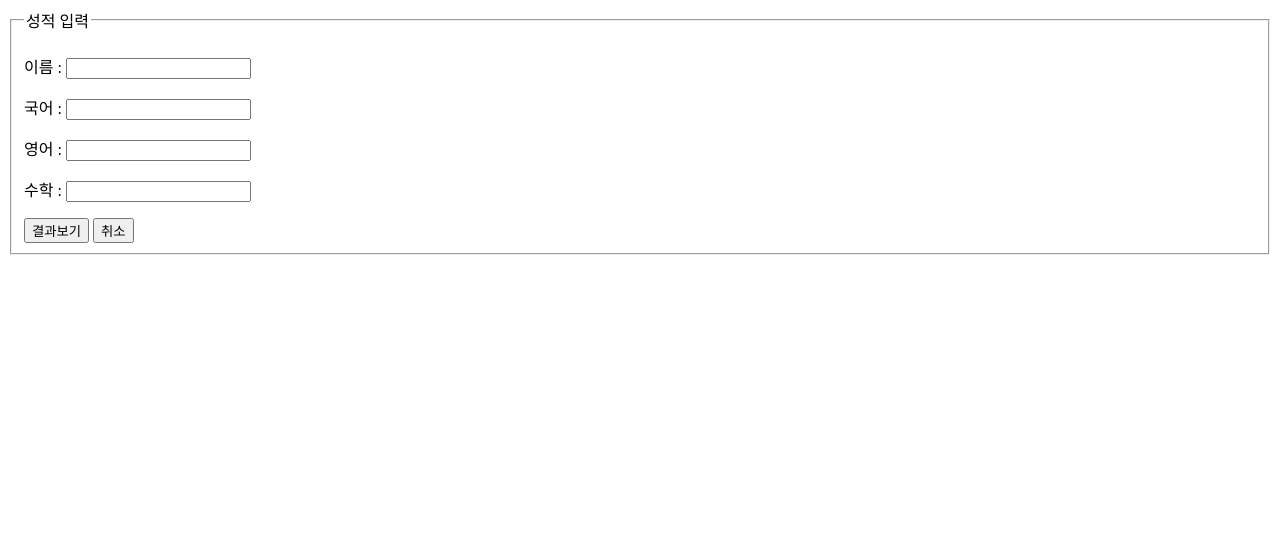
Repository: Kebiskim/2023_jspStudy
Page: 01_servlet/src/main/webapp/view/Ex08.html
The author's editor kept a copy of each file at every save. The page is drawn from the files as they stood at one save, then again after the next save.
The browser window is 1280 px wide. The pictures show the whole page.

Above is the page before, as saved 2023-07-03 00:53:17.

### 01_servlet/src/main/webapp/view/Ex08.html
<!DOCTYPE html>
<html>
<head>
<meta charset="UTF-8">
<title>Grade</title>
<style type="text/css">

</style>
<script type="text/javascript">
	function submit_scores(f) {
		var name = f.name.value;
		var kor = f.kor.value;
		var eng = f.eng.value;
		var math = f.math.value;
		if (name == ''){
			alert("이름을 입력하세요.");
			f.name.focus;
			return;
		}
		if (kor == ''){
			alert("국어 성적을 입력하세요.");
			f.kor.focus;
			return;
		}
		if (eng == ''){
			alert("영어 성적을 입력하세요.");
			f.eng.focus;
			return;
		}
		if (math == ''){
			alert("수학 성적을 입력하세요.");
			f.math.focus;
			return;
		}
		f.action = "/01_servlet/Ex08_1";
		f.submit();
	}
</script>
</head>
<body>
<form method="post" onsubmit="submit_scores(this.form)">
        <fieldset>
            <legend> 성적 입력 </legend>
            <p>이름 : <input type="text" name="name"></p>
            <p>국어 : <input type="number" name="kor"></p>
            <p>영어 : <input type="number" name="eng"></p>
            <p>수학 : <input type="number" name="math"></p>
            <input type="button" value="결과보기" onclick="submit_scores(this.form)">
            <input type="reset" value="취소">
        </fieldset>
    </form>
</body>
</html>

After the next save:
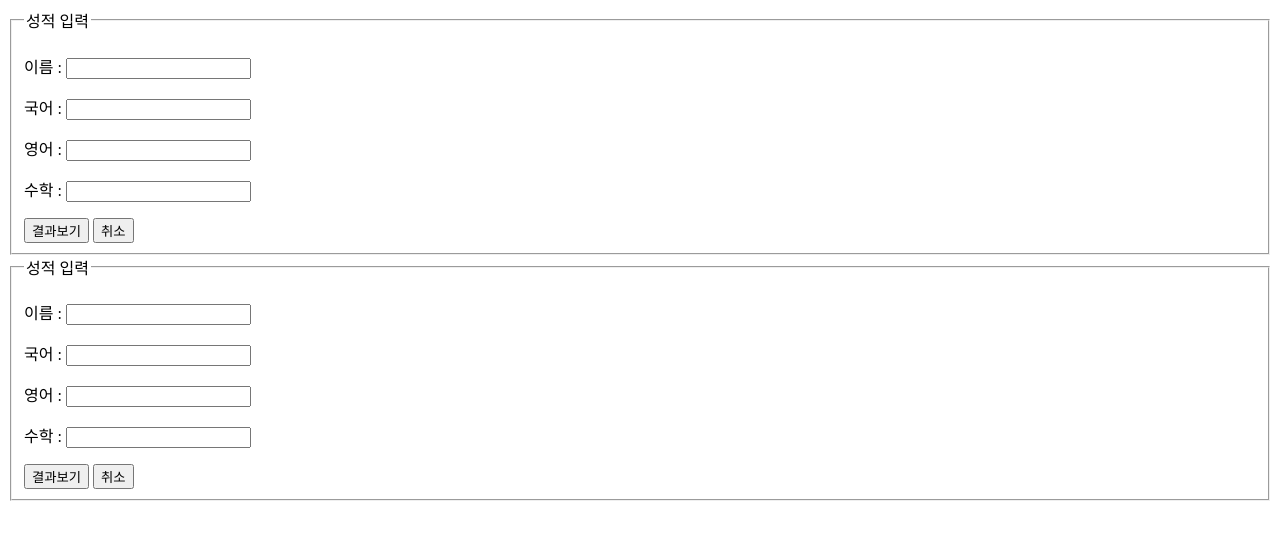
Saved 20 s later.
--- a/01_servlet/src/main/webapp/view/Ex08.html
+++ b/01_servlet/src/main/webapp/view/Ex08.html
@@ -38,7 +38,7 @@
 </script>
 </head>
 <body>
-<form method="post" onsubmit="submit_scores(this.form)">
+	<form method="post" onsubmit="submit_scores(this.form)">
         <fieldset>
             <legend> 성적 입력 </legend>
             <p>이름 : <input type="text" name="name"></p>
@@ -49,5 +49,18 @@
             <input type="reset" value="취소">
         </fieldset>
     </form>
+	<form method="post" onsubmit="submit_scores(this.form)">
+        <fieldset>
+            <legend> 성적 입력 </legend>
+            <p>이름 : <input type="text" name="name"></p>
+            <p>국어 : <input type="number" name="kor"></p>
+            <p>영어 : <input type="number" name="eng"></p>
+            <p>수학 : <input type="number" name="math"></p>
+            <input type="button" value="결과보기" onclick="submit_scores(this.form)">
+            <input type="reset" value="취소">
+        </fieldset>
+    </form>
+
+
 </body>
 </html>
